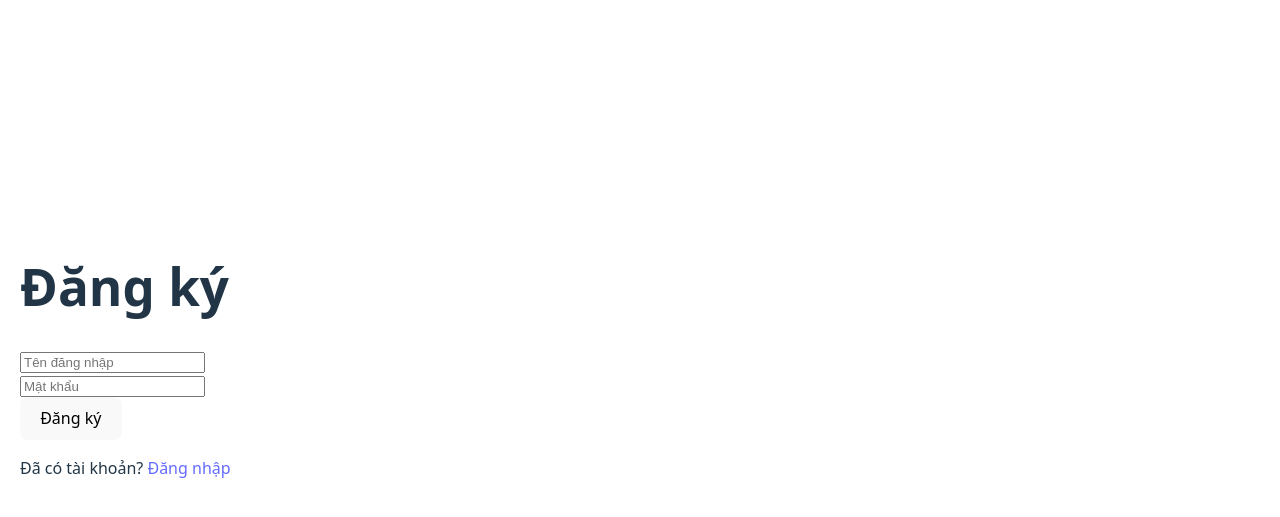
Repository: Thangvh29/WEB-tmdt
Page: /register (app in frontend/)
These files come from the project's save history. The page is drawn as it stood at one moment and after a run of saves; the edit follows.
The browser window is 1280 px wide. The pictures show the whole page.
The project was rebuilt for these pictures with package versions that can differ from the ones it lists, and the page was loaded fresh each time. Also part of the build but not shown: frontend/vite.config.js, frontend/src/pages/auth/Home.jsx, frontend/src/pages/auth/Login.jsx.

Above is the page before, as saved 2025-08-23 19:59:25.

After the next 2 saves:
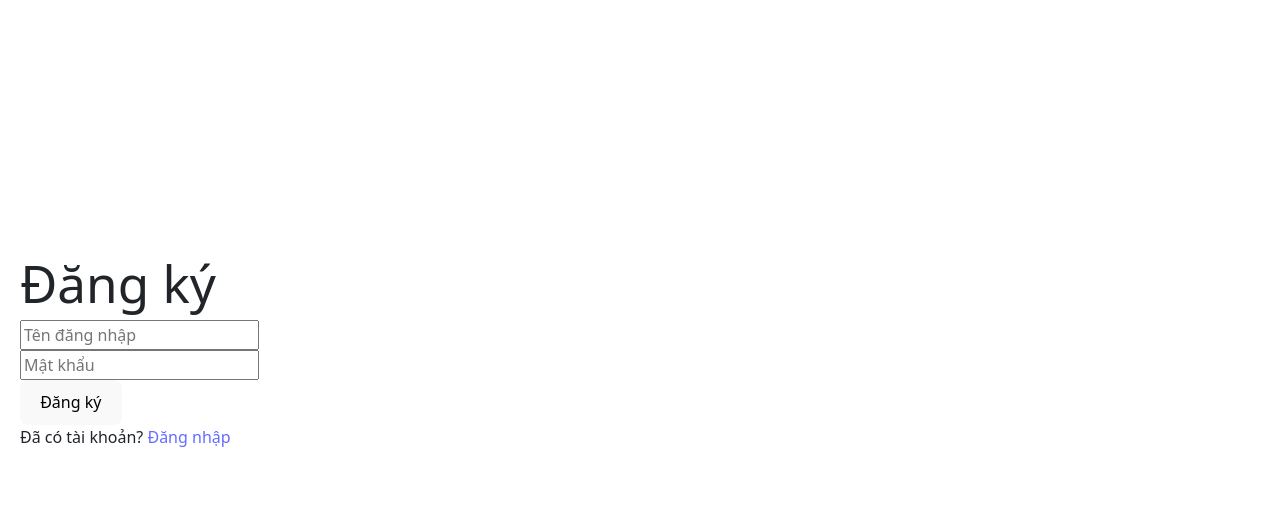
The 2 saves are shown as one change because they came seconds apart.
The last was saved 118 s later.
--- a/frontend/src/main.jsx
+++ b/frontend/src/main.jsx
@@ -1,6 +1,8 @@
 import React from "react";
 import ReactDOM from "react-dom/client";
 import App from "./App";
+import "bootstrap/dist/css/bootstrap.min.css";
+import "./index.css"; // tailwind
 import AuthProvider from "./context/AuthProvider";
 import "./index.css";
 
